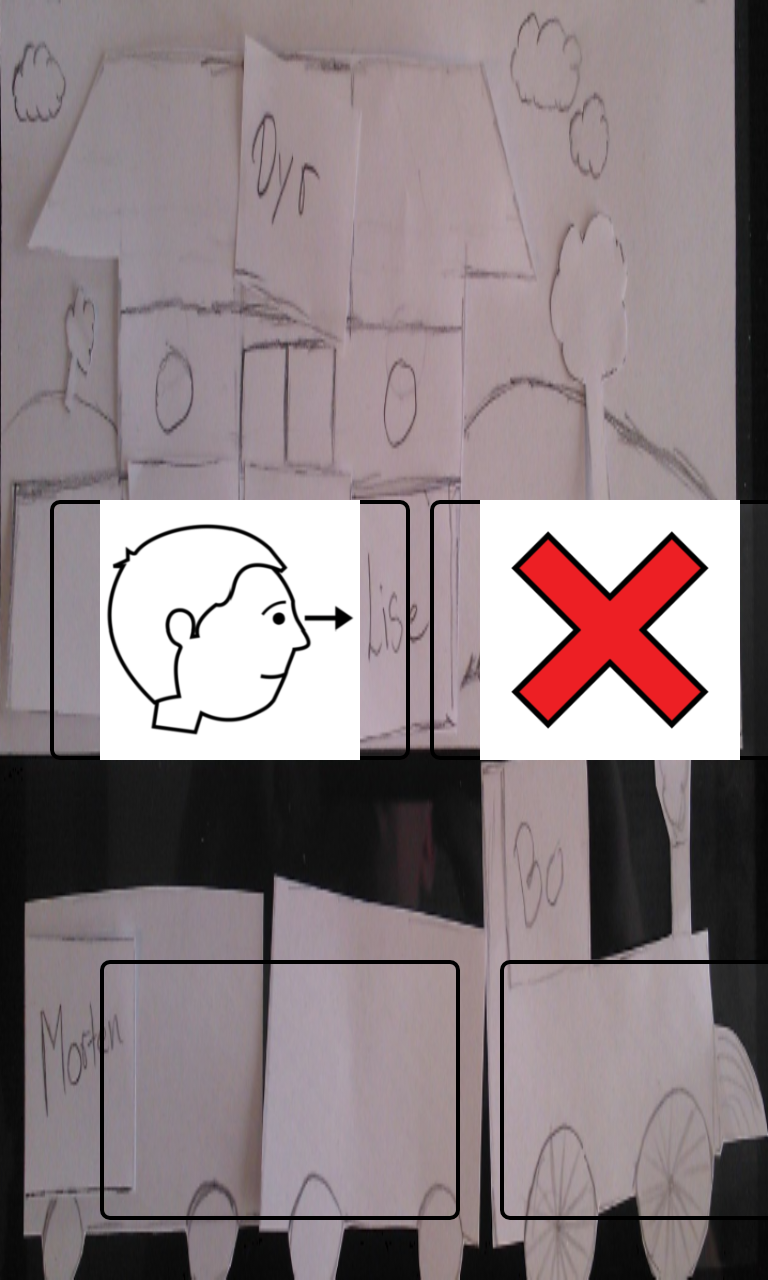
Repository: figa12/sw606f13
Layout: Source/backgroundTest/backgroundTest/res/layout/activity_main.xml
These files come from the project's save history. The layout is drawn as it stood at one moment and after the next save; the edit follows.
It is drawn on a 768 x 1280 px phone screen (xhdpi) without system bars, with theme AppTheme; the app's code is not run.

Above is the layout before, as saved 2013-02-28 11:30:50.

### Source/backgroundTest/backgroundTest/res/layout/activity_main.xml
<?xml version="1.0" encoding="utf-8"?>
<AbsoluteLayout xmlns:android="http://schemas.android.com/apk/res/android"
    android:layout_width="match_parent"
    android:layout_height="match_parent"
    android:orientation="vertical"
    android:background="@drawable/pic" >

    <LinearLayout
        android:id="@+id/topleft"
        android:layout_width="180dp"
        android:layout_height="130dp"
        android:layout_x="25dp"
        android:layout_y="250dp"
        android:background="@drawable/shape"
        android:tag="1">

        <ImageView
            android:id="@+id/myimage1"
            android:layout_width="wrap_content"
            android:layout_height="wrap_content"
            android:src="@drawable/se" />

    </LinearLayout>

    <LinearLayout
        android:id="@+id/LinearLayout02"
        android:layout_width="180dp"
        android:layout_height="130dp"
        android:layout_x="215dp"
        android:layout_y="250dp"
        android:background="@drawable/shape"
        android:tag="2" >


        <ImageView
            android:id="@+id/myimage2"
            android:layout_width="wrap_content"
            android:layout_height="wrap_content"
            android:src="@drawable/nej" />

    </LinearLayout>

    <LinearLayout
        android:id="@+id/LinearLayout04"
        android:layout_width="180dp"
        android:layout_height="130dp"
        android:layout_x="405dp"
        android:layout_y="250dp"
        android:background="@drawable/shape"
        android:tag="3" >

        <ImageView
            android:id="@+id/myimage3"
            android:layout_width="wrap_content"
            android:layout_height="wrap_content"
            android:src="@drawable/mig" />
    </LinearLayout>

    <LinearLayout
        android:id="@+id/LinearLayout05"
        android:layout_width="180dp"
        android:layout_height="130dp"
        android:layout_x="595dp"
        android:layout_y="250dp"
        android:background="@drawable/shape"
        android:tag="4" >

        <ImageView
            android:id="@+id/myimage4"
            android:layout_width="wrap_content"
            android:layout_height="wrap_content"
            android:src="@drawable/bade" />
    </LinearLayout>

    <LinearLayout
        android:id="@+id/LinearLayout06"
        android:layout_width="180dp"
        android:layout_height="130dp"
        android:layout_x="400dp"
        android:layout_y="30dp"
        android:background="@drawable/shape" >

    <ImageView
            android:id="@+id/myimage5"
            android:layout_width="wrap_content"
            android:layout_height="wrap_content" />

    </LinearLayout>

    <LinearLayout
        android:id="@+id/topright"
        android:layout_width="180dp"
        android:layout_height="130dp"
        android:layout_x="250dp"
        android:layout_y="480dp"
        android:background="@drawable/shape">

    <ImageView
            android:id="@+id/myimage6"
            android:layout_width="wrap_content"
            android:layout_height="wrap_content" />

    </LinearLayout>

    <LinearLayout
        android:id="@+id/LinearLayout07"
        android:layout_width="180dp"
        android:layout_height="130dp"
        android:layout_x="810dp"
        android:layout_y="400dp"
        android:background="@drawable/shape" >

                <ImageView
            android:id="@+id/myimage7"
            android:layout_width="wrap_content"
            android:layout_height="wrap_content" />


    </LinearLayout>

    <LinearLayout
        android:id="@+id/LinearLayout01"
        android:layout_width="180dp"
        android:layout_height="130dp"
        android:layout_x="450dp"
        android:layout_y="480dp"
        android:background="@drawable/shape" >

                <ImageView
            android:id="@+id/myimage8"
            android:layout_width="wrap_content"
            android:layout_height="wrap_content"  />
    </LinearLayout>

    <LinearLayout
        android:id="@+id/bottomleft"
        android:layout_width="180dp"
        android:layout_height="130dp"
        android:layout_x="630dp"
        android:layout_y="480dp"
        android:background="@drawable/shape" >

     <ImageView
            android:id="@+id/myimage9"
            android:layout_width="wrap_content"
            android:layout_height="wrap_content" />

    </LinearLayout>

    <LinearLayout
        android:id="@+id/bottomright"
        android:layout_width="180dp"
        android:layout_height="130dp"
        android:layout_x="50dp"
        android:layout_y="480dp"
        android:background="@drawable/shape" >

        <ImageView
            android:id="@+id/myimage10"
            android:layout_width="match_parent"
            android:layout_height="match_parent" />

    </LinearLayout>

</AbsoluteLayout>

### Source/backgroundTest/backgroundTest/res/drawable/shape.xml
<?xml version="1.0" encoding="UTF-8"?>
<shape xmlns:android="http://schemas.android.com/apk/res/android"
    android:shape="rectangle" >

    <stroke
        android:width="2dp"
        android:color="#FF000000" />

    <gradient
        android:angle="225"
        android:startColor="#1Af8f8ff" />

    <corners
        android:bottomLeftRadius="4dp"
        android:bottomRightRadius="4dp"
        android:topLeftRadius="4dp"
        android:topRightRadius="4dp" />

</shape>

Loaded but not shown: Source/backgroundTest/backgroundTest/res/values/styles.xml (common file); Source/backgroundTest/backgroundTest/res/values-v11/styles.xml (common file); Source/backgroundTest/backgroundTest/res/values-v14/styles.xml (common file)

After the next save:
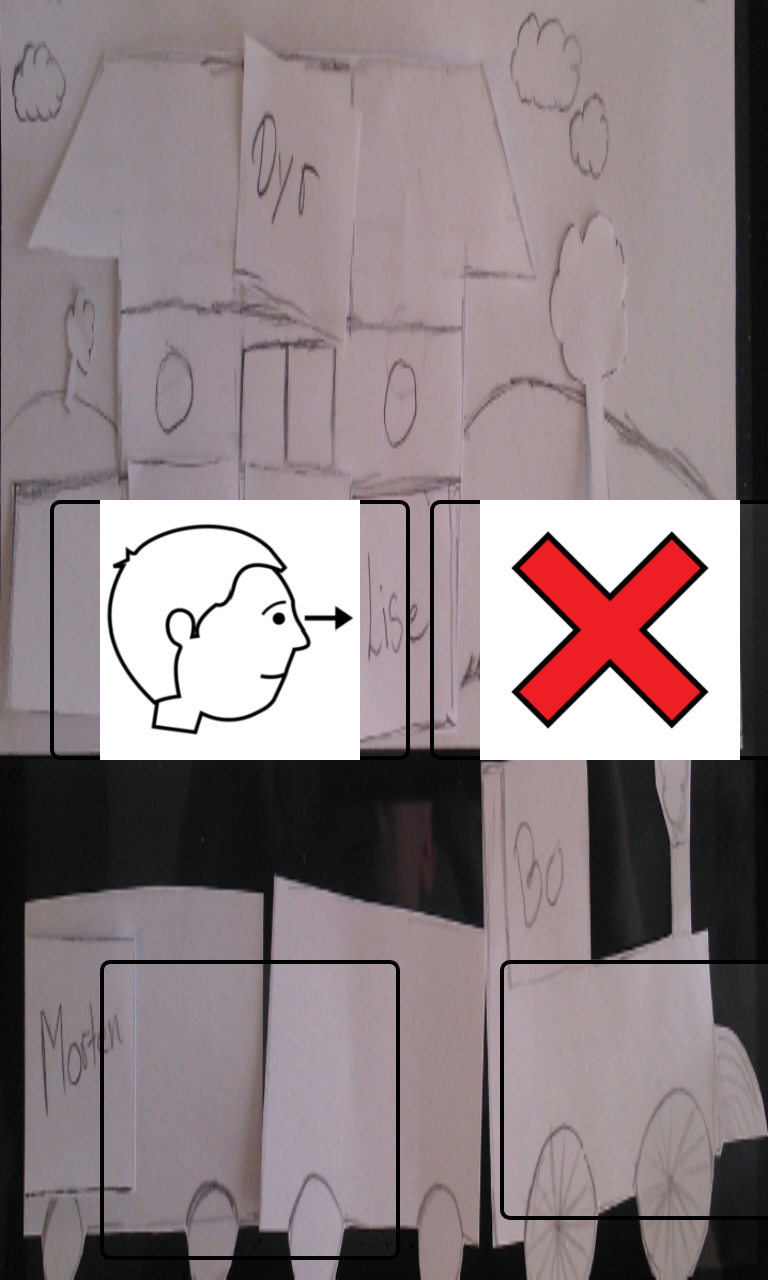
Saved 42 s later.
--- a/Source/backgroundTest/backgroundTest/res/layout/activity_main.xml
+++ b/Source/backgroundTest/backgroundTest/res/layout/activity_main.xml
@@ -149,8 +149,8 @@
 
     <LinearLayout
         android:id="@+id/bottomright"
-        android:layout_width="180dp"
-        android:layout_height="130dp"
+        android:layout_width="150dp"
+        android:layout_height="150dp"
         android:layout_x="50dp"
         android:layout_y="480dp"
         android:background="@drawable/shape" >
